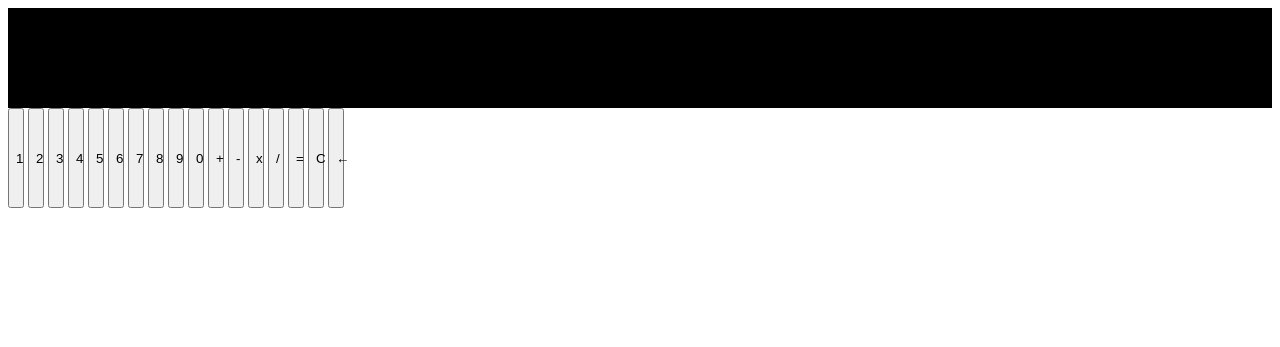
Repository: TEazy2433/LAB-calculator
Page: index.html
The author's editor kept a copy of each file at every save. The page is drawn from the files as they stood at one save, then again after the next save.
The browser window is 1280 px wide. The pictures show the whole page.

Above is the page before, as saved 2023-10-13 17:43:15.

### index.html
<!DOCTYPE html>
<html lang="en">
<head>
  <meta charset="UTF-8">
  <meta name="viewport" content="width=device-width, initial-scale=1.0">
  <title>calculator</title>
  <link rel="stylesheet" href="main.css">
</head>
<body>

  <div class="calculator">
    <div class="display">1</div>
    <div class="buttons">
      <button class="key">1</button>
      <button class="key">2</button>
      <button class="key">3</button>
      <button class="key">4</button>
      <button class="key">5</button>
      <button class="key">6</button>
      <button class="key">7</button>
      <button class="key">8</button>
      <button class="key">9</button>
      <button class="zero">0</button>
      <button class="operator">+</button>
      <button class="operator">-</button>
      <button class="operator">x</button>
      <button class="operator">/</button>
      <button class="operator">=</button>
      <button class="clear">C</button>
      <button class="Arrow">&#8592;</button>



    </div>
  </div>


</body>
</html>

### main.css
.display{
  width: 100%;
  height: 100px;
  background: black;
  align-items: center;
  flex-wrap: flex;
}
button{
  align-items: center;
  height: 100px;
  width: 12px;
}

After the next save:
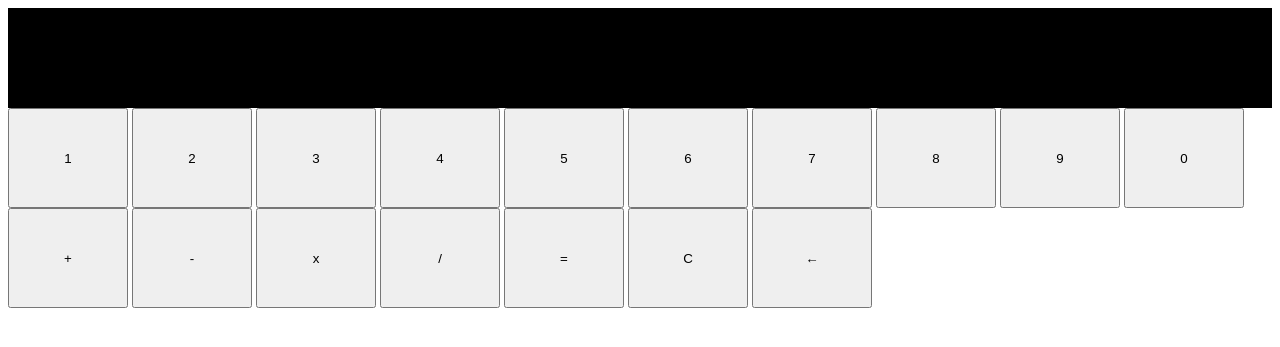
Saved 8 s later.
--- a/main.css
+++ b/main.css
@@ -8,5 +8,5 @@
 button{
   align-items: center;
   height: 100px;
-  width: 12px;
+  width: 120px;
 }
